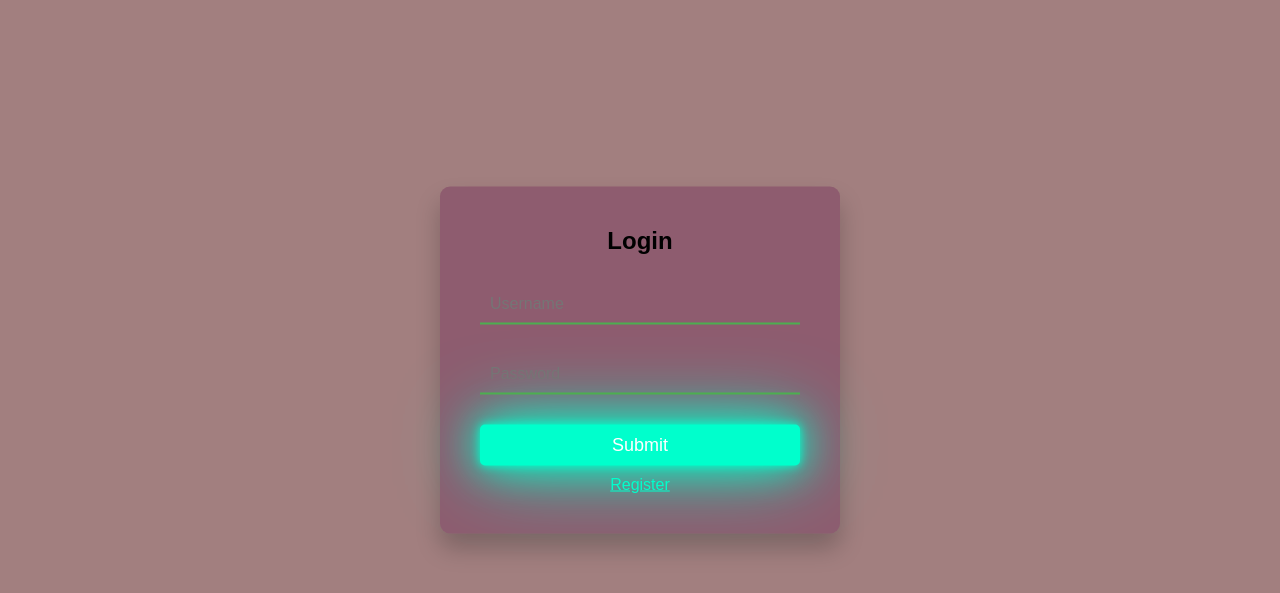
Repository: SRBshakib/Safe-Food---DBMS-project
Page: Organaization/login.html
The author's editor kept a copy of each file at every save. The page is drawn from the files as they stood at one save, then again after the next save.
The browser window is 1280 px wide. The pictures show the whole page.
The pointer rests on the first visible `.btn`.

Above is the page before, as saved 2024-11-10 21:56:23.

After the next save:
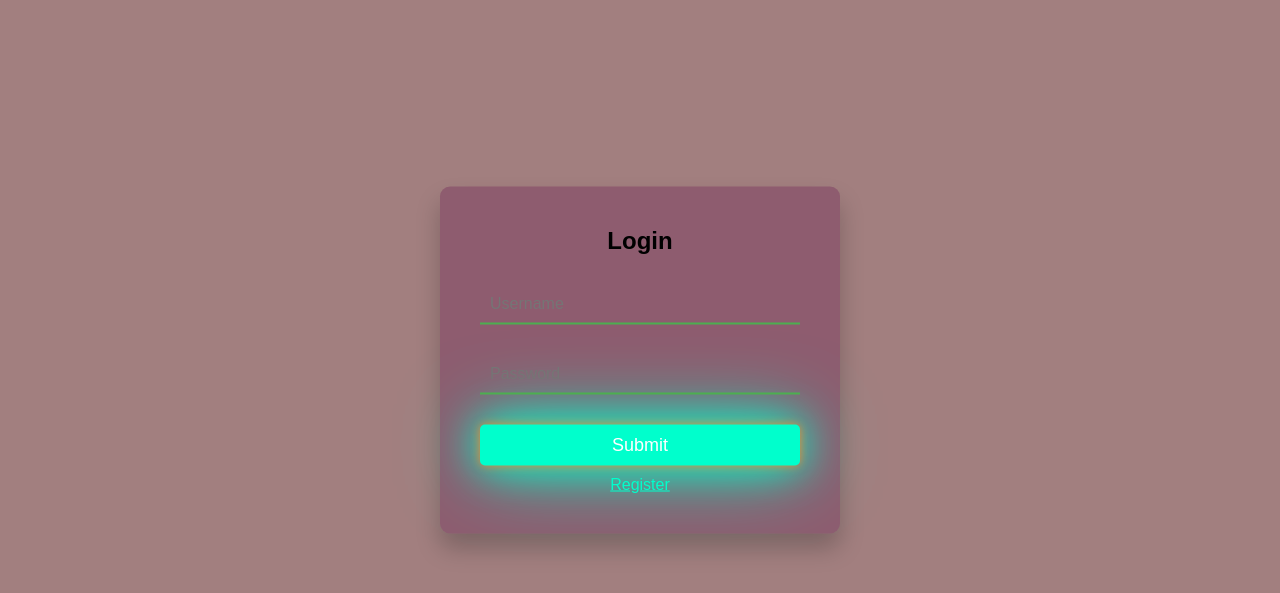
Saved 109 s later.
--- a/Organaization/style_login.css
+++ b/Organaization/style_login.css
@@ -65,7 +65,7 @@ body {
 
 .btn:hover {
     background: #00ffcc;
-    box-shadow: 0 0 10px #00ffcc, 0 0 40px #00ffcc, 0 0 80px #00ffcc;
+    box-shadow: 0 0 10px #ff7f29, 0 0 40px #00ffcc, 0 0 80px #00ffcc;
 }
 
 .register {
